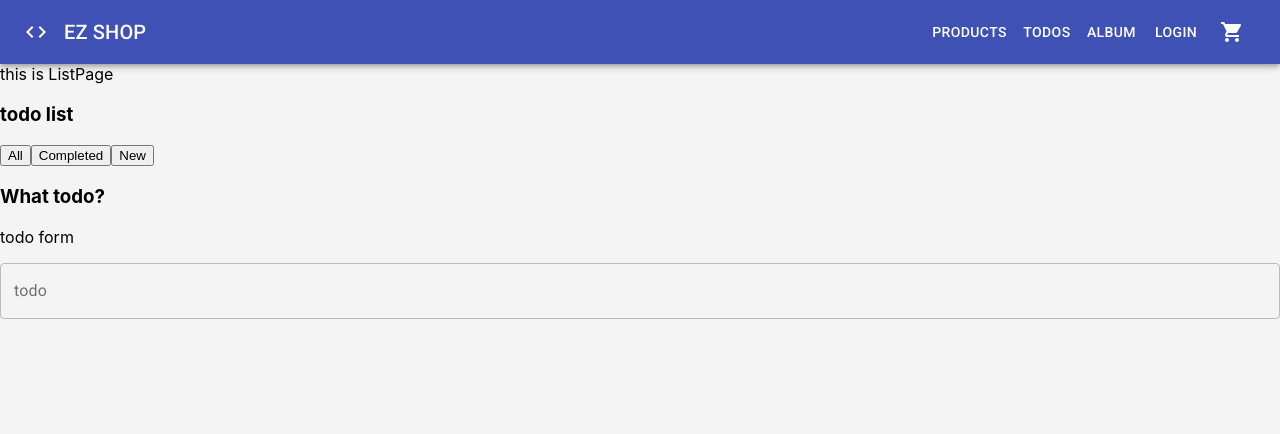
Repository: anhmuoi/learn-reactjs
Page: /todos
The author's editor kept a copy of each file at every save. The page is drawn from the files as they stood at one save, then again after the next save.
The browser window is 1280 px wide. The pictures show the whole page.
The project was rebuilt for these pictures with package versions that can differ from the ones it lists, and the page was loaded fresh each time. Also part of the build but not shown: src/components/form-controls/PasswordField/index.js, src/features/Auth/components/LoginForm/index.jsx, src/features/Auth/components/Login/index.jsx, src/features/Auth/components/RegisterForm/index.jsx, src/features/Auth/components/Register/index.jsx, src/features/album/components/Album/index.jsx, src/features/album/components/AlbumList/style.scss, src/features/album/components/AlbumList/index.jsx and 28 more. Imported but missing from the stored project, and not drawn on this page: src/features/Product/components/ProductAdditional.jsx, src/features/Product/components/ProductReviews.jsx.

Above is the page before, as saved 2021-09-26 08:32:00.

After the next save:
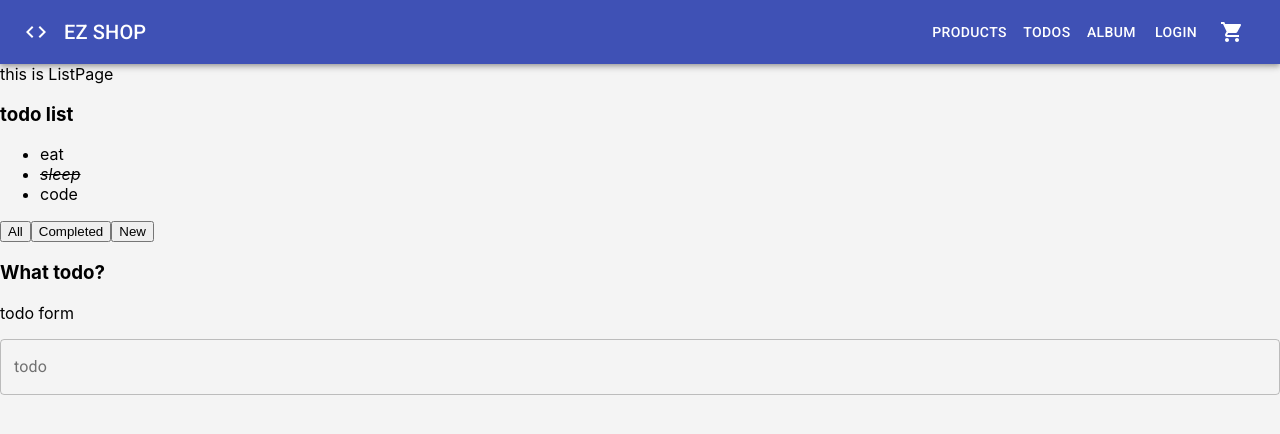
Saved 2 min 8 s later.
--- a/src/features/Todo/pages/ListPage/index.jsx
+++ b/src/features/Todo/pages/ListPage/index.jsx
@@ -34,7 +34,7 @@ function ListPage(props) {
 ]
 const [todoList, setTodoList] = useState(initTodoList);
 const [filterTodoList, setFilterTodoList] = useState(()=>{
-  return queryString.parse(location.search) || 'all'
+  return queryString.parse(location.search).status || 'all'
 });
 
 const handleOnclickTodo = (todo) => {
